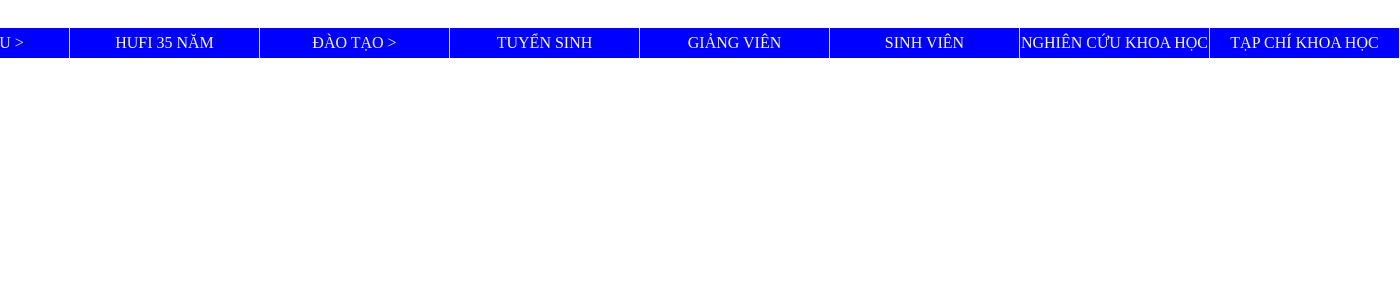
Repository: Tan-Khang21/TH_TKW--Buoi_08
Page: Bai_Tap_Tren_Lop/Bai_03/Bai_03.html
These files come from the project's save history. The page is drawn as it stood at one moment and after the next save; the edit follows.
The browser window is 1280 px wide. The page is 1400 px wide, so the pictures cover 1400 px, including what lies to the right of the window. The pictures show the whole page.

Above is the page before, as saved 2024-03-13 20:48:13.

After the next save:
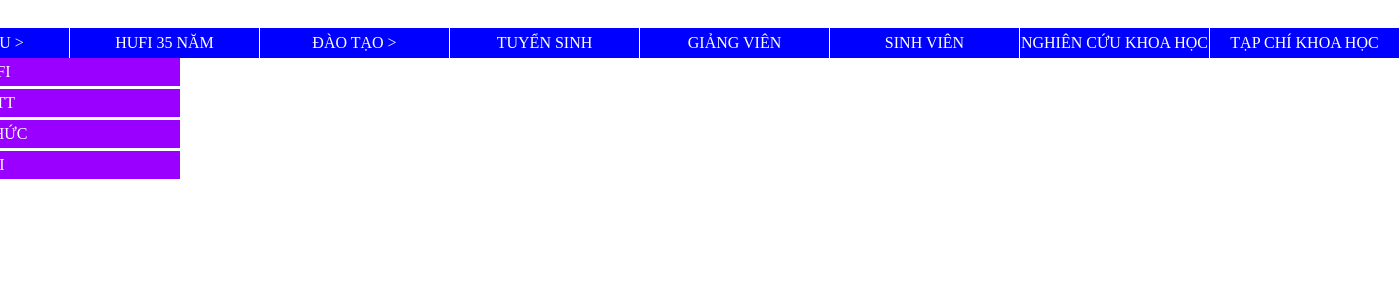
Saved 12 s later.
--- a/Bai_Tap_Tren_Lop/Bai_03/style.css
+++ b/Bai_Tap_Tren_Lop/Bai_03/style.css
@@ -33,7 +33,7 @@ ul {
   position: absolute;
   top: 30px;
   left: 0px;
-  visibility: hidden;
+  /* visibility: hidden; */
 }
 .list2_item {
   width: 300px;
